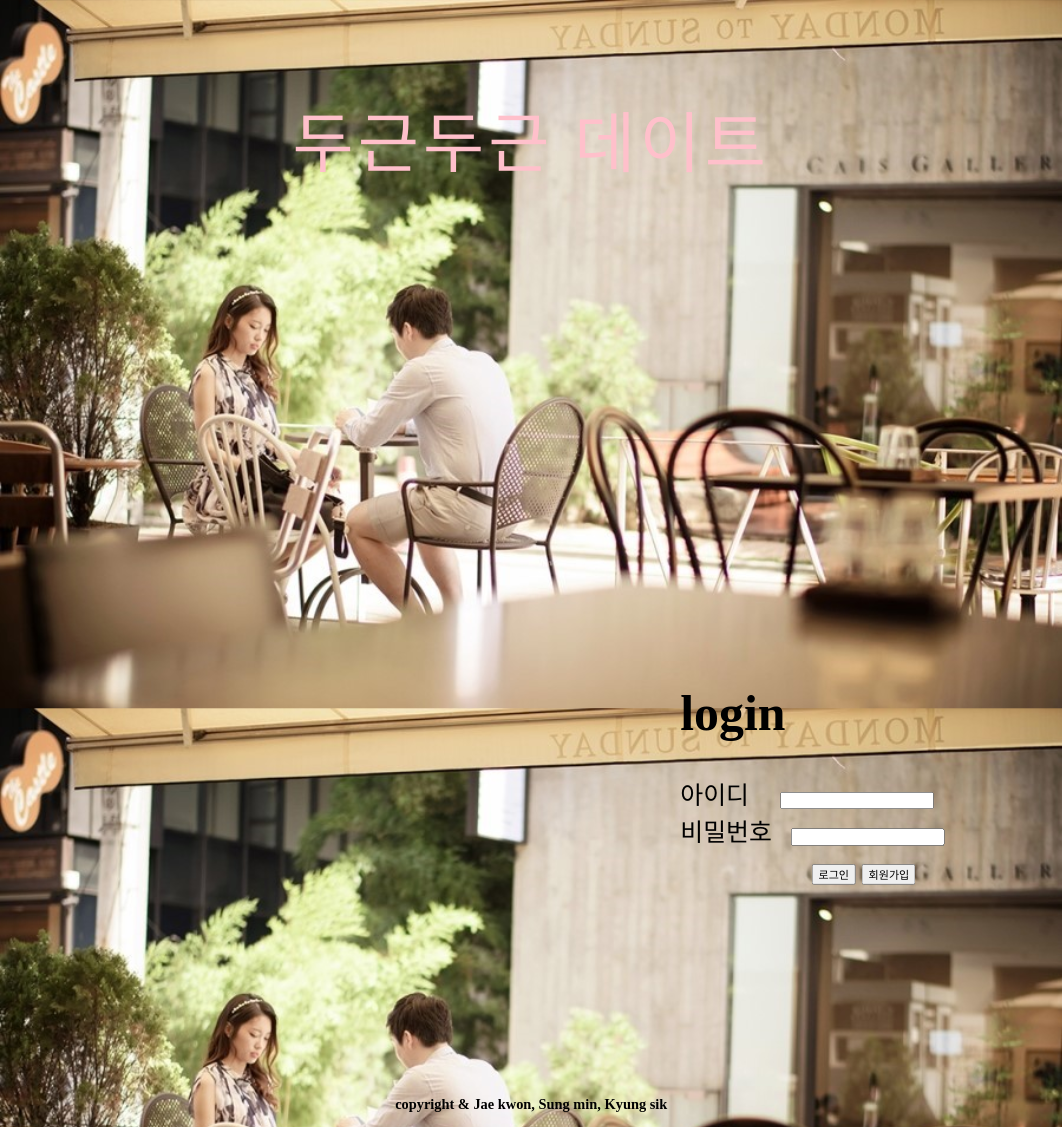
Repository: pinokio531/date_application
Page: http://localhost/doogeunDate/indexPage.jsp
An editor plug-in stored every save of this project. The page is shown before and after the next save, followed by the edit.
The browser window is 1280 px wide. The pictures show the whole page, at 83% of full size.
Some web fonts or font styles are not loaded; a fallback is used. The page is served by Tomcat 9.

Above is the page before, as saved 2019-06-04 09:47:43.

### doogeunDate/WebContent/indexPage.jsp
<%@ page language="java" contentType="text/html; charset=UTF-8"
    pageEncoding="UTF-8"%>
<%@ page errorPage = "error/errorpage.jsp" %>
<html lang="en">

<head>
	<link href="https://fonts.googleapis.com/css?family=Nanum+Brush+Script&display=swap" rel="stylesheet">
	<meta charset="EUC-KR">
	<meta http-equiv="X-UA-Compatible" content="ie=edge">
	<title>Document</title>
	<link rel="stylesheet" type="text/css" href="style/index.css" />
</head>

<body>
	<div id="header">
		<p>두근두근 데이트</p>
	</div>
	<form action="f_login.jsp" method="post">
		<div class="container">
			<div class="blank">&nbsp;</div>
			<div class="login">
				<h1>login</h1>
				아이디 &nbsp;&nbsp;&nbsp; <input name="id"><br>
				비밀번호 &nbsp;&nbsp;<input name="passwd"><br>

				<div class="button">
					<input type="submit" value="로그인">
					<input type="button" value="회원가입" onclick="location.href='joinPage.jsp'"><br>
				</div>
			</div>
		</div>
	</form>
	<div class="footer">
		<p>copyright & Jae kwon, Sung min, Kyung sik</p>
	</div>
</body>

</html>

### doogeunDate/WebContent/style/index.css
body{
    background-image:url(../asset/background.jpg);
    background-size: 100%;
}

#header{
    text-align: center;
    padding: 20px;
    font-family: 'Nanum Brush Script', cursive;
    font-size: 60pt;
    letter-spacing: 5px;
    color: pink;
}

.container{
    height: 80%;
    margin: 0 auto;
}

.blank{
    float: left;
    width: 65%;
    height: 80%;
}

.footer{
    padding-top: 400px;
    text-align: center;
    font-size: 13pt;
}

.login{
    float: right;
    margin:10px;
    width: 35%;
    height: 80%;
    font-family: 'Nanum Brush Script', cursive;
    font-size: 30px;
}

.button{
    margin: 10px;
    text-align:center;
}

.footer p {
    font-weight: bold;
}

After the next save:
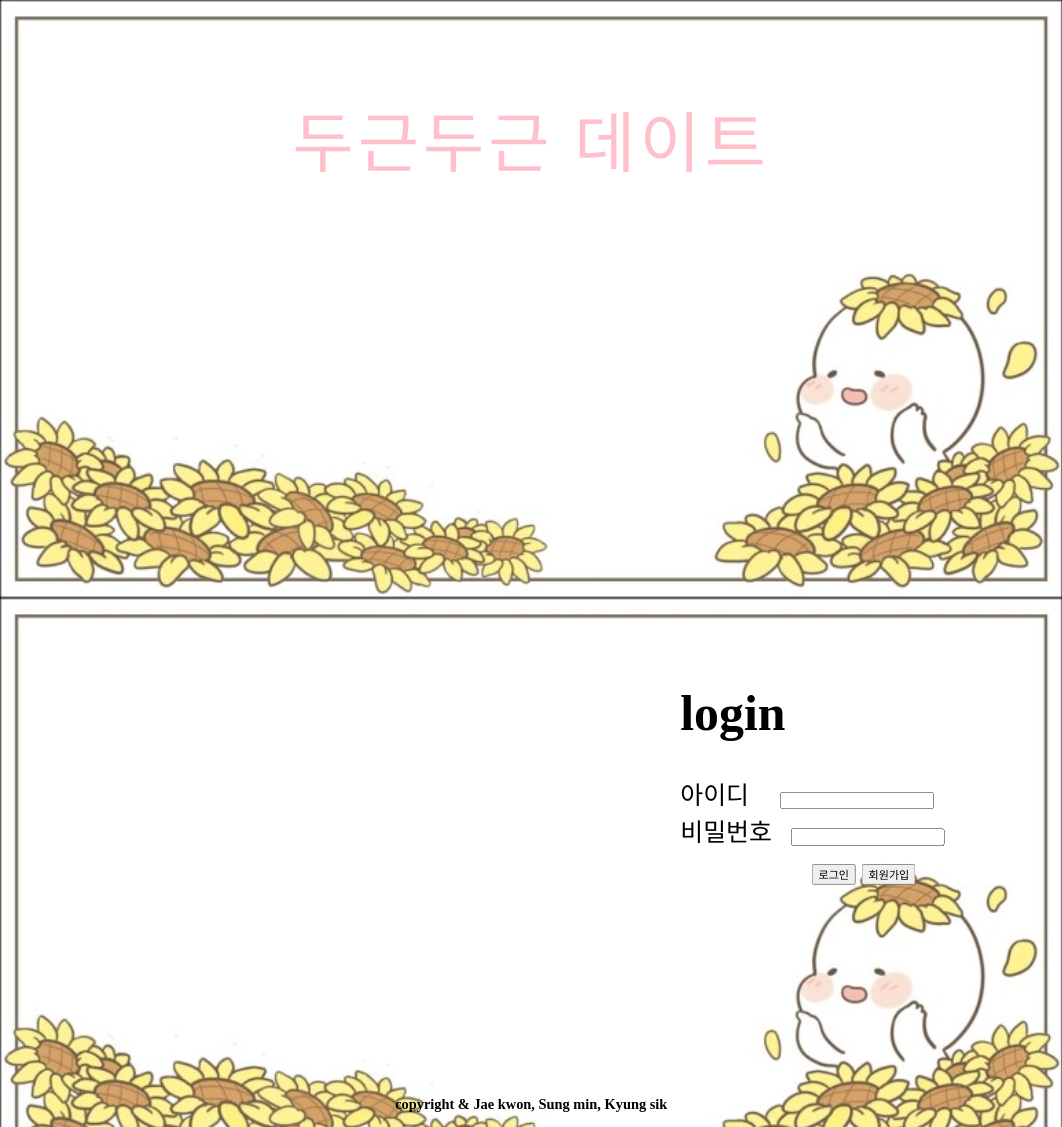
Saved 2 min 20 s later.
--- a/doogeunDate/WebContent/style/index.css
+++ b/doogeunDate/WebContent/style/index.css
@@ -1,5 +1,5 @@
 body{
-    background-image:url(../asset/background.jpg);
+    background-image:url(../asset/ompang.jpg);
     background-size: 100%;
 }
 
